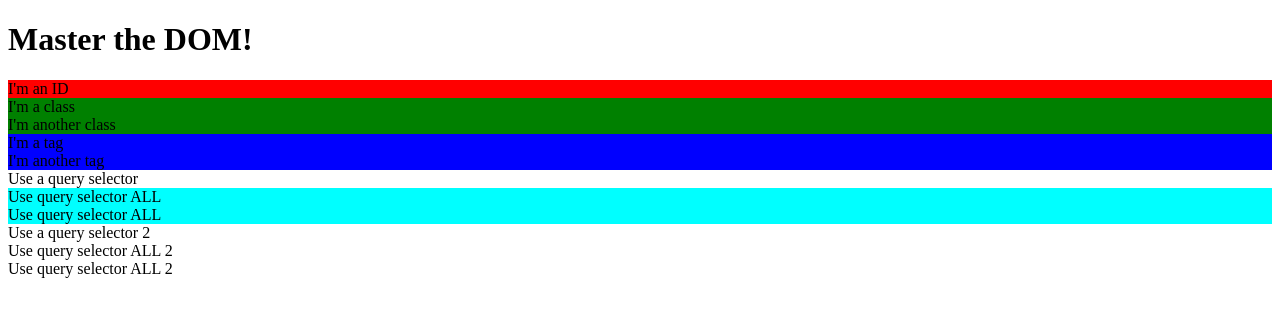
Repository: glgeorgiou/100-days-of-code-projects
Page: DOM Testing/1.html
The author's editor kept a copy of each file at every save. The page is drawn from the files as they stood at one save, then again after the next save.
The browser window is 1280 px wide. The pictures show the whole page.

Above is the page before, as saved 2020-04-14 10:42:50.

After the next save:
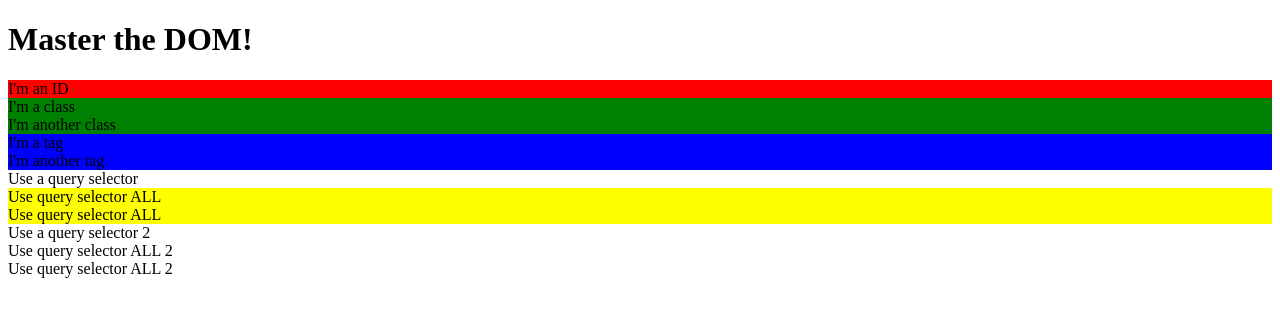
Saved 19 s later.
--- a/DOM Testing/1.js
+++ b/DOM Testing/1.js
@@ -33,7 +33,10 @@
     });
 
 //Alternativellly
-testQueryAll2 = document.querySelectorAll('#test-query2, .test-query-all2')
- testQueryAll.forEach(query => {
-    query.style.backgroundColor = 'cyan';
-  });
+/**
+ *
+ testQueryAll2 = document.querySelectorAll('#test-query2, .test-query-all2')
+  testQueryAll.forEach(query => {
+     query.style.backgroundColor = 'cyan';
+   });
+ */
